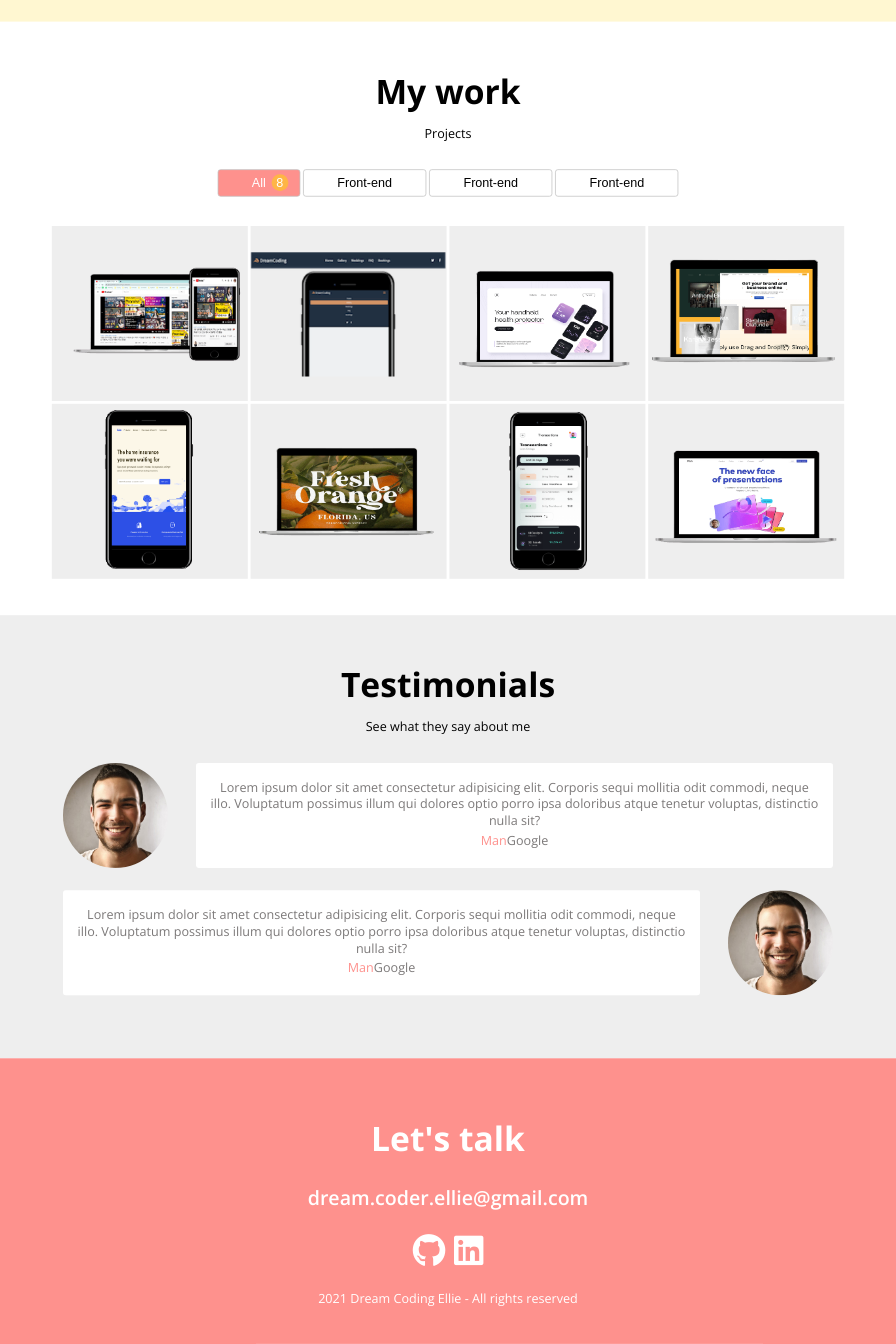
Repository: beomsu9696/Dream_Coding_Academy4
Page: index.html
An editor plug-in stored every save of this project. The page is shown before and after the next save, followed by the edit.
The browser window is 1280 px wide. The pictures show the part of the page from y = 2027 to 3947 px (the page is 3947 px tall), at 70% of full size.
Some web libraries are served in a nearby version.

Above is the page before, as saved 2021-01-27 18:16:52.

After the next save:
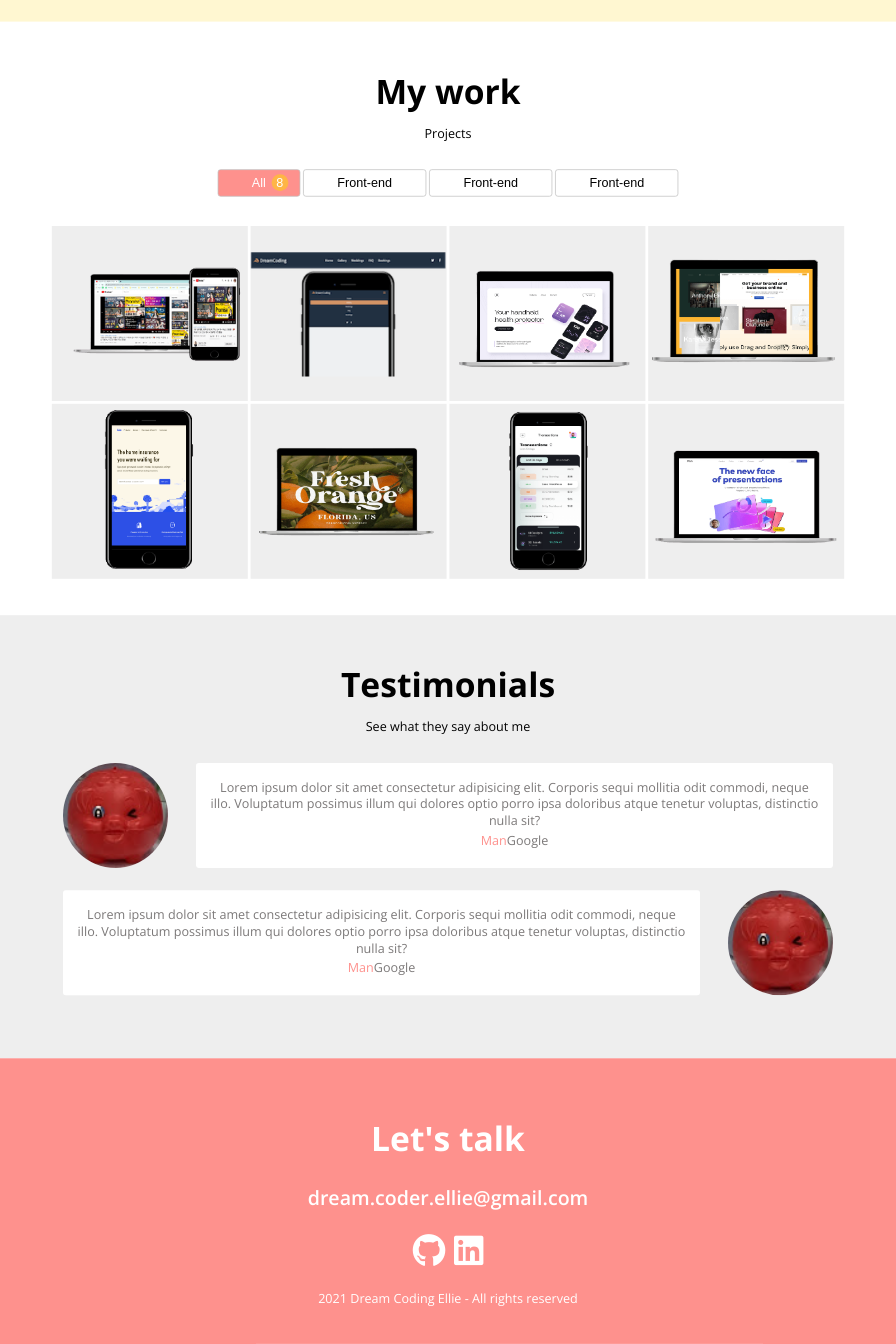
Saved 73 s later.
--- a/index.html
+++ b/index.html
@@ -305,7 +305,7 @@
         <div class="testimonials">
           <div class="testimonial">
             <img
-              src="images/people1.jpg"
+              src="images/pig.jpg"
               alt="People"
               class="testimonial__avatar"
             />
@@ -330,7 +330,7 @@
               <p class="name"><a href="#">Man</a>Google</p>
             </div>
             <img
-              src="images/people1.jpg"
+              src="images/pig.jpg"
               alt="People"
               class="testimonial__avatar"
             />
